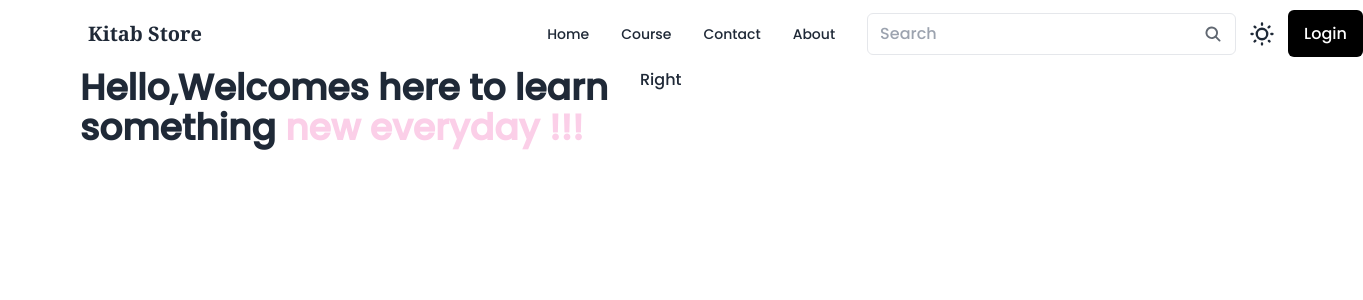
Repository: diensy/Kitab.com
Page: / (app in Frontend/)
An editor plug-in stored every save of this project. The page is shown before and after the next save, followed by the edit.
The browser window is 1280 px wide. The page is 1363 px wide, so the pictures cover 1363 px, including what lies to the right of the window. The pictures show the whole page.
The project was rebuilt for these pictures with package versions that can differ from the ones it lists, and the page was loaded fresh each time. Also part of the build but not shown: Frontend/vite.config.js.

Above is the page before, as saved 2024-07-28 23:19:40.

After the next save:
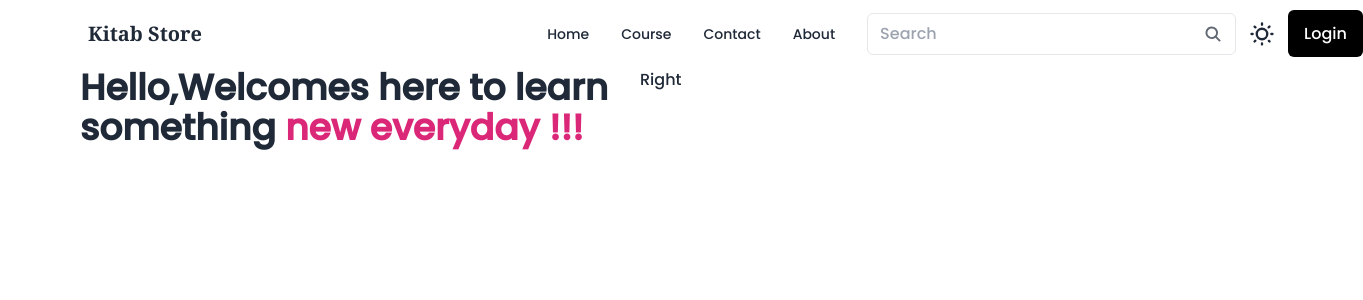
Saved 6 s later.
--- a/Frontend/src/Components/Banner.jsx
+++ b/Frontend/src/Components/Banner.jsx
@@ -7,7 +7,7 @@ const Banner = () => {
         <div className="w-full md:w-1/2">
           <h1 className="text-4xl font-bold">
             Hello,Welcomes here to learn something{" "}
-            <span className="text-pink-200">new everyday !!!</span>
+            <span className="text-pink-600">new everyday !!!</span>
           </h1>
         </div>
         <div className="w-full md:w-1/2">Right</div>
